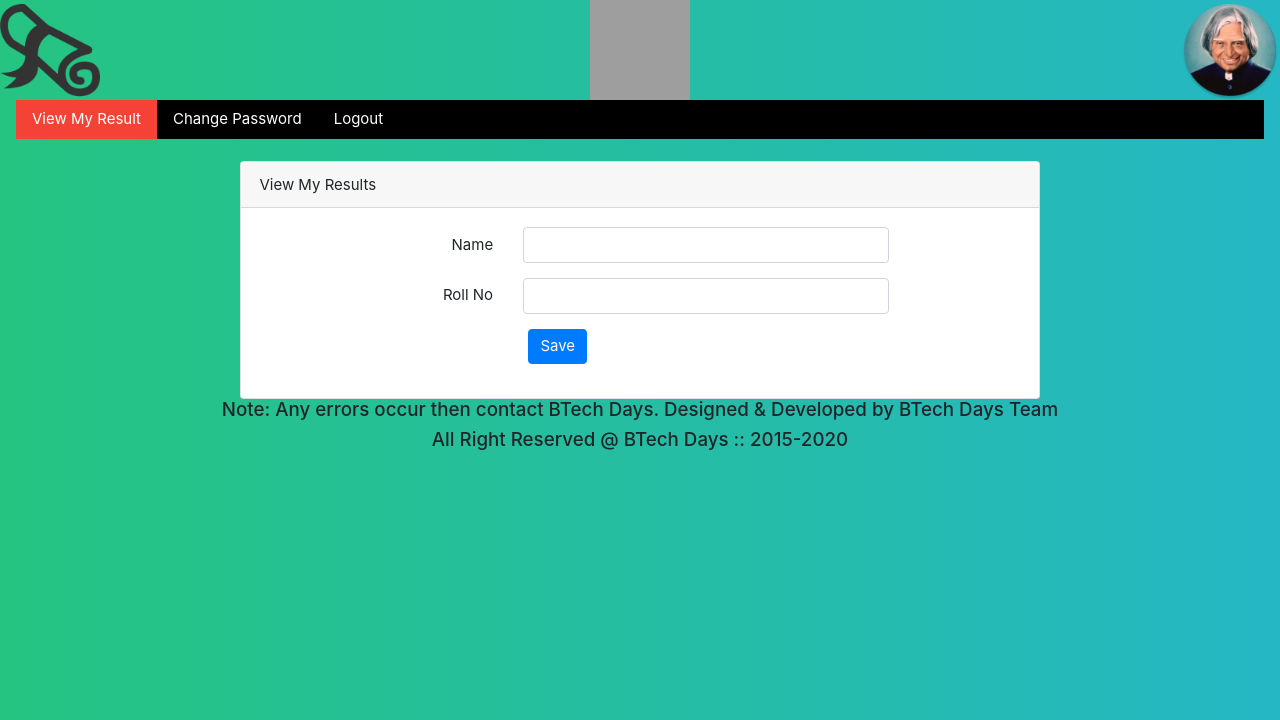
Repository: AlkaDas991/Dbms
Page: http://localhost/Student_Record_Management/studentHome.jsp
These files come from the project's save history. The page is drawn as it stood at one moment and after the next save; the edit follows.
The browser window is 1280 px wide. The pictures show the whole page.
Pictures or frames that could not be fetched are drawn as grey boxes. Some web fonts or font styles are not loaded; a fallback is used. Some web libraries are served in a nearby version. The page is served by Tomcat 9. Other server files are loaded and not shown.

Above is the page before, as saved 2021-03-12 18:53:41.
Console error: TypeError: Cannot read properties of undefined (reading 'fn')

### Student Record Management/WebContent/studentHome.jsp
<%@include file="header.html"%>
<!DOCTYPE html>
<html>
<title>IIIT,BBSR</title>
<body>
<img src="logo.png"  align="left"width="100" height="100">
<center><img src="ng" width="100" height="100" position="absolute";
  clip = "rect(0px,60px,200px,0px)">
<img src="apj sir.png" align="right"  width="100" height="100"></center>
<div class="w3-container">
  <div class="w3-bar w3-black">
    <button class="w3-bar-item w3-button tablink w3-red" onclick="openCity(event,'London')">View My Result</button>
    <button class="w3-bar-item w3-button tablink" onclick="openCity(event,'Paris')">Change Password</button>
     <a href="dgiOneView.jsp" class="w3-bar-item w3-button tablink">Logout</a>
  </div>

  <div id="London" class="w3-container city">
  <br>
   <link href="//maxcdn.bootstrapcdn.com/bootstrap/4.1.1/css/bootstrap.min.css" rel="stylesheet" id="bootstrap-css">
<script src="//maxcdn.bootstrapcdn.com/bootstrap/4.1.1/js/bootstrap.min.js"></script>
<script src="//cdnjs.cloudflare.com/ajax/libs/jquery/3.2.1/jquery.min.js"></script>
<!------ Alright Include the above in your HEAD tag ---------->

<!doctype html>
<html lang="en">
<head>
    <!--OK Required meta tags -->
    <meta charset="utf-8">
    <meta name="viewport" content="width=device-width, initial-scale=1, shrink-to-fit=no">

    <!-- Fonts -->
    <link rel="dns-prefetch" href="https://fonts.gstatic.com">
    <link href="https://fonts.googleapis.com/css?family=Raleway:300,400,600" rel="stylesheet" type="text/css">



    <link rel="icon" href="Favicon.png">

    <!-- Bootstrap CSS -->
    <link rel="stylesheet" href="https://stackpath.bootstrapcdn.com/bootstrap/4.1.3/css/bootstrap.min.css">
</head>
<body>
<main class="my-form">
    <div class="cotainer">
        <div class="row justify-content-center">
            <div class="col-md-8">
                    <div class="card">
                        <div class="card-header">View My Results</div>
                        <div class="card-body">
                            <form name="my-form" onsubmit="return validform()" action="eachResult.jsp" method="post">
                                <div class="form-group row">
                                    <label for="full_name" class="col-md-4 col-form-label text-md-right">Name</label>
                                    <div class="col-md-6">
                                        <input type="text"  class="form-control" name="name">
                                    </div>
                                </div>
                                <div class="form-group row">
                                    <label for="full_name" class="col-md-4 col-form-label text-md-right">Roll No</label>
                                    <div class="col-md-6">
                                        <input type="text"  class="form-control" name="rollNo">
                                    </div>
                                </div>


                                    <div class="col-md-6 offset-md-4">
                                        <button type="submit" class="btn btn-primary">
                                        Save
                                        </button>
                                    </div>

                            </form>
                        </div>
                    </div>
            </div>
        </div>
    </div>
</main>

<script src="https://code.jquery.com/jquery-3.3.1.slim.min.js"></script>
<script src="https://cdnjs.cloudflare.com/ajax/libs/popper.js/1.14.3/umd/popper.min.js"></script>
<script src="https://stackpath.bootstrapcdn.com/bootstrap/4.1.3/js/bootstrap.min.js"></script>
</body>
  </div>
<!-- 2rd part -->

  <div id="Paris" class="w3-container city" style="display:none">
  <br>
  <link href="//maxcdn.bootstrapcdn.com/bootstrap/4.1.1/css/bootstrap.min.css" rel="stylesheet" id="bootstrap-css">
<script src="//maxcdn.bootstrapcdn.com/bootstrap/4.1.1/js/bootstrap.min.js"></script>
<script src="//cdnjs.cloudflare.com/ajax/libs/jquery/3.2.1/jquery.min.js"></script>
<!------ Include the above in your HEAD tag ---------->

<!doctype html>
<html lang="en">
<head>
    <!-- Required meta tags -->
    <meta charset="utf-8">
    <meta name="viewport" content="width=device-width, initial-scale=1, shrink-to-fit=no">

    <!-- Fonts -->
    <link rel="dns-prefetch" href="https://fonts.gstatic.com">
    <link href="https://fonts.googleapis.com/css?family=Raleway:300,400,600" rel="stylesheet" type="text/css">



    <link rel="icon" href="Favicon.png">

    <!-- Bootstrap CSS -->
    <link rel="stylesheet" href="https://stackpath.bootstrapcdn.com/bootstrap/4.1.3/css/bootstrap.min.css">

</head>
<body>
<main class="my-form">
    <div class="cotainer">
        <div class="row justify-content-center">
            <div class="col-md-8">
                    <div class="card">
                        <div class="card-header">Change Password</div>
                        <div class="card-body">
                            <form name="my-form" onsubmit="return validform()" action="changePassword.jsp" method="">
                                <div class="form-group row">
                                    <label for="full_name" class="col-md-4 col-form-label text-md-right">Current Password</label>
                                    <div class="col-md-6">
                                        <input type="password"class="form-control" name="currPass">
                                    </div>
                                </div>

                                <div class="form-group row">
                                    <label for="full_name" class="col-md-4 col-form-label text-md-right">New Password</label>
                                    <div class="col-md-6">
                                        <input type="password"  class="form-control" name="newPass">
                                    </div>
                                </div>


                                    <div class="col-md-6 offset-md-4">
                                        <button type="submit" class="btn btn-primary">
                                       Save
                                        </button>
                                    </div>

                            </form>
                        </div>
                    </div>
            </div>
        </div>
        <br>
    </div>

</main>

<script src="https://code.jquery.com/jquery-3.3.1.slim.min.js"></script>
<script src="https://cdnjs.cloudflare.com/ajax/libs/popper.js/1.14.3/umd/popper.min.js"></script>
<script src="https://stackpath.bootstrapcdn.com/bootstrap/4.1.3/js/bootstrap.min.js"></script>
</body>
</html>
  </div>



 <center><h5>Note: Any errors occur then contact BTech Days.
Designed & Developed by BTech Days Team</h5></center>

<center><h5>All Right Reserved @ BTech Days :: 2015-2020</h5></center>

<br>
</body>
</html>

Loaded but not shown: Student Record Management/WebContent/header.html (355 lines, source omitted)

After the next save:
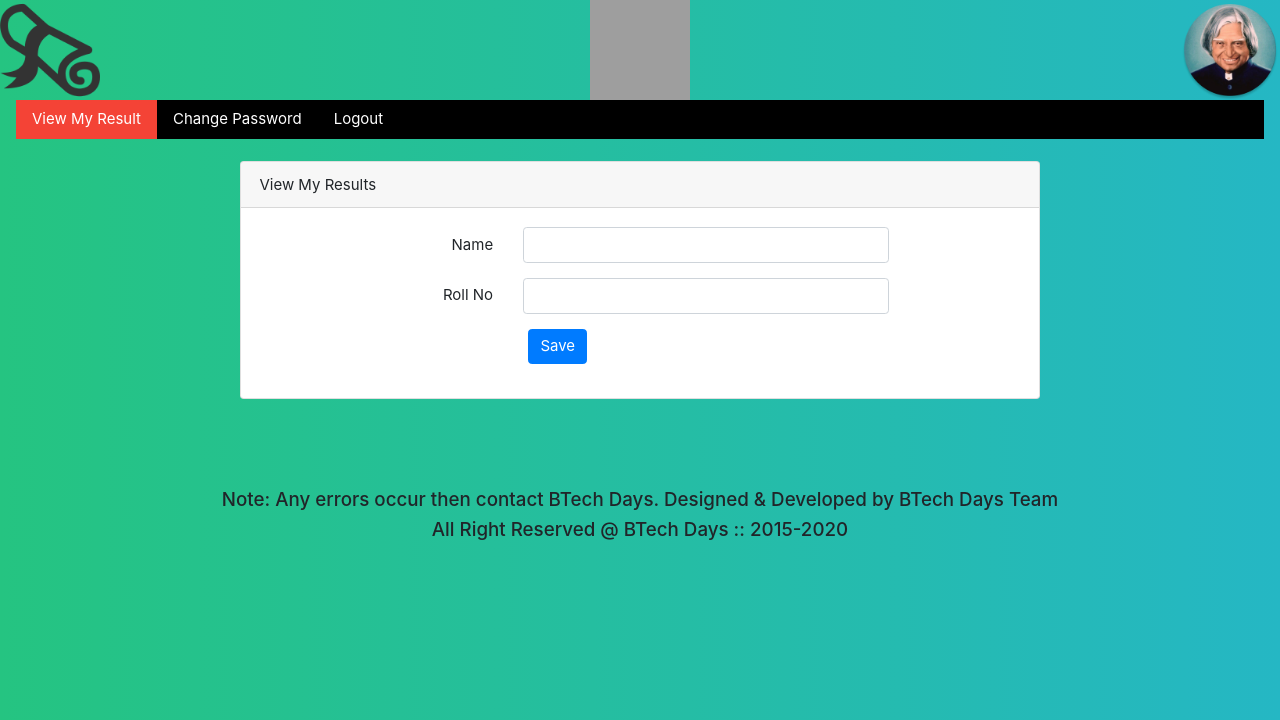
Saved 98 s later.
--- a/Student Record Management/WebContent/studentHome.jsp
+++ b/Student Record Management/WebContent/studentHome.jsp
@@ -157,12 +157,12 @@
   </div>
 
 
+<br><br><br><br>
 
  <center><h5>Note: Any errors occur then contact BTech Days.
 Designed & Developed by BTech Days Team</h5></center>
 
 <center><h5>All Right Reserved @ BTech Days :: 2015-2020</h5></center>
 
-<br>
 </body>
 </html>
